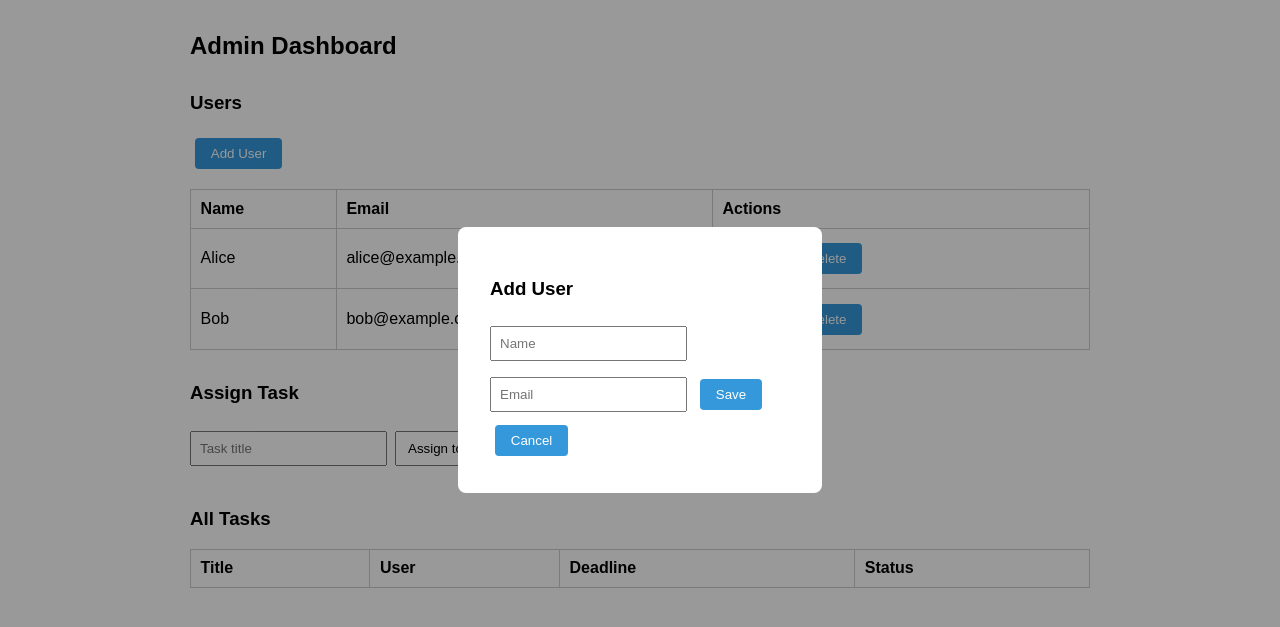
Repository: Edmund-Kiama/todoPHP
Page: /admin (app in task-manager-frontend/), after clicking the first element matching `section.section > button`
The author's editor kept a copy of each file at every save. The page is drawn from the files as they stood at one save, then again after the next save.
The browser window is 1280 px wide. The pictures show the whole page.
The project was rebuilt for these pictures with package versions that can differ from the ones it lists, and the page was loaded fresh each time. Also part of the build but not shown: task-manager-frontend/vite.config.js, task-manager-frontend/src/components/Login/login.css, task-manager-frontend/src/components/Login/Login.vue.

Above is the page before, as saved 2025-07-12 20:41:15.

### task-manager-frontend/src/router/index.js
import { createRouter, createWebHistory } from 'vue-router';
import Login from '../components/Login/Login.vue';
import AdminDashboard from '../components/Admin/AdminDashboard.vue';
// import AdminDashboard from '../views/AdminDashboard.vue';
// import UserDashboard from '../views/UserDashboard.vue';

const routes = [
  { path: '/', name: 'Login', component: Login },
  { path: '/admin', name: 'AdminDashboard', component: AdminDashboard },
//   { path: '/user', name: 'UserDashboard', component: UserDashboard }
];

const router = createRouter({
  history: createWebHistory(),
  routes
});

export default router;

### task-manager-frontend/src/components/Admin/AdminDashboard.vue
<template>
    <div class="admin-dashboard">
      <h2>Admin Dashboard</h2>

      <!-- Users Section -->
      <section class="section">
        <h3>Users</h3>
        <button @click="openUserForm()">Add User</button>

        <table>
          <tr>
            <th>Name</th><th>Email</th><th>Actions</th>
          </tr>
          <tr v-for="(user, index) in users" :key="index">
            <td>{{ user.name }}</td>
            <td>{{ user.email }}</td>
            <td>
              <button @click="openUserForm(user, index)">Edit</button>
              <button @click="deleteUser(index)">Delete</button>
            </td>
          </tr>
        </table>
      </section>

      <!-- Task Assignment -->
      <section class="section">
        <h3>Assign Task</h3>
        <form @submit.prevent="assignTask">
          <input v-model="taskForm.title" placeholder="Task title" required />
          <select v-model="taskForm.user" required>
            <option disabled value="">Assign to...</option>
            <option v-for="user in users" :key="user.email" :value="user.email">{{ user.name }}</option>
          </select>
          <input type="date" v-model="taskForm.deadline" required />
          <button type="submit">Assign</button>
        </form>
      </section>

      <!-- Task List -->
      <section class="section">
        <h3>All Tasks</h3>
        <table>
          <tr>
            <th>Title</th><th>User</th><th>Deadline</th><th>Status</th>
          </tr>
          <tr v-for="(task, index) in tasks" :key="index">
            <td>{{ task.title }}</td>
            <td>{{ task.user }}</td>
            <td>{{ task.deadline }}</td>
            <td>{{ task.status }}</td>
          </tr>
        </table>
      </section>

      <!-- Add/Edit User -->
      <div v-if="showUserModal" class="modal">
        <div class="modal-content">
          <h3>{{ editingIndex !== null ? 'Edit' : 'Add' }} User</h3>
          <form @submit.prevent="saveUser">
            <input v-model="userForm.name" placeholder="Name" required />
            <input v-model="userForm.email" placeholder="Email" required />
            <button type="submit">Save</button>
            <button type="button" @click="closeUserForm">Cancel</button>
          </form>
        </div>
      </div>
    </div>
  </template>

  <script setup>
    import './admin.css'

  import { ref } from 'vue';

  const users = ref([
    { name: 'Alice', email: 'alice@example.com' },
    { name: 'Bob', email: 'bob@example.com' }
  ]);

  const tasks = ref([]);

  const taskForm = ref({
    title: '',
    user: '',
    deadline: '',
    status: 'Pending'
  });

  const userForm = ref({
    name: '',
    email: ''
  });
  const editingIndex = ref(null);
  const showUserModal = ref(false);

  function assignTask() {
    tasks.value.push({ ...taskForm.value });
    taskForm.value.title = '';
    taskForm.value.user = '';
    taskForm.value.deadline = '';
  }

  function deleteUser(index) {
    users.value.splice(index, 1);
  }

  function openUserForm(user = null, index = null) {
    if (user) {
      userForm.value = { ...user };
      editingIndex.value = index;
    } else {
      userForm.value = { name: '', email: '' };
      editingIndex.value = null;
    }
    showUserModal.value = true;
  }

  function saveUser() {
    if (editingIndex.value !== null) {
      users.value[editingIndex.value] = { ...userForm.value };
    } else {
      users.value.push({ ...userForm.value });
    }
    closeUserForm();
  }

  function closeUserForm() {
    userForm.value = { name: '', email: '' };
    editingIndex.value = null;
    showUserModal.value = false;
  }
  </script>

### task-manager-frontend/src/components/Admin/admin.css
.admin-dashboard {
  max-width: 900px;
  margin: 2rem auto;
  font-family: Arial, sans-serif;
}

.admin-dashboard .section {
  margin-top: 2rem;
}

.admin-dashboard button {
  margin: 0.3rem;
  padding: 0.5rem 1rem;
  background: #3498db;
  color: white;
  border: none;
  border-radius: 4px;
  cursor: pointer;
}

.admin-dashboard table {
  width: 100%;
  border-collapse: collapse;
  margin-top: 1rem;
}

.admin-dashboard th,.admin-dashboard td {
  border: 1px solid #ccc;
  padding: 0.6rem;
  text-align: left;
}

.admin-dashboard input,.admin-dashboard select {
  padding: 0.5rem;
  margin: 0.5rem 0.5rem 0.5rem 0;
}

.modal {
  position: fixed;
  top: 0; left: 0;
  width: 100vw; height: 100vh;
  background: rgba(0,0,0,0.4);
  display: flex;
  justify-content: center;
  align-items: center;
}

.modal-content {
  background: white;
  padding: 2rem;
  border-radius: 8px;
  width: 300px;
}

Loaded but not shown: task-manager-frontend/index.html (common file); task-manager-frontend/src/main.js (common file); task-manager-frontend/src/App.vue (common file)

After the next save:
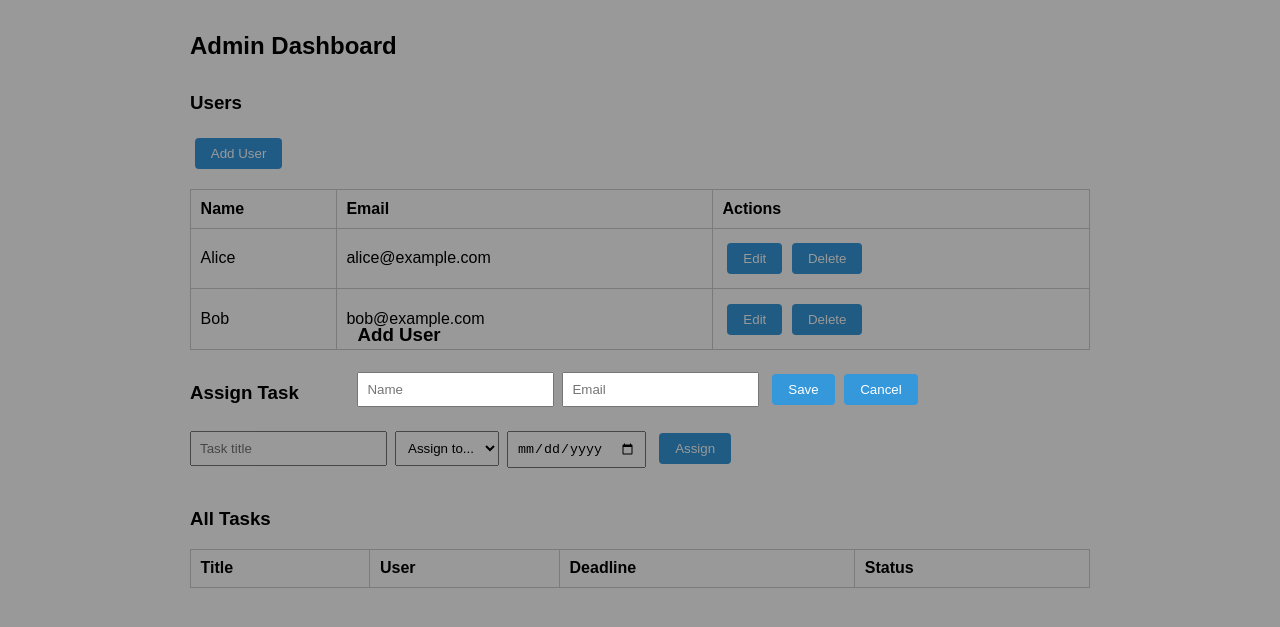
Saved 9 s later.
--- a/task-manager-frontend/src/components/Admin/admin.css
+++ b/task-manager-frontend/src/components/Admin/admin.css
@@ -30,12 +30,12 @@
   text-align: left;
 }
 
-.admin-dashboard input,.admin-dashboard select {
+.admin-dashboard input, .admin-dashboard select {
   padding: 0.5rem;
   margin: 0.5rem 0.5rem 0.5rem 0;
 }
 
-.modal {
+.admin-dashboard .modal {
   position: fixed;
   top: 0; left: 0;
   width: 100vw; height: 100vh;
@@ -45,7 +45,7 @@
   align-items: center;
 }
 
-.modal-content {
+.admin-dashboard.modal-content {
   background: white;
   padding: 2rem;
   border-radius: 8px;

After the save that followed:
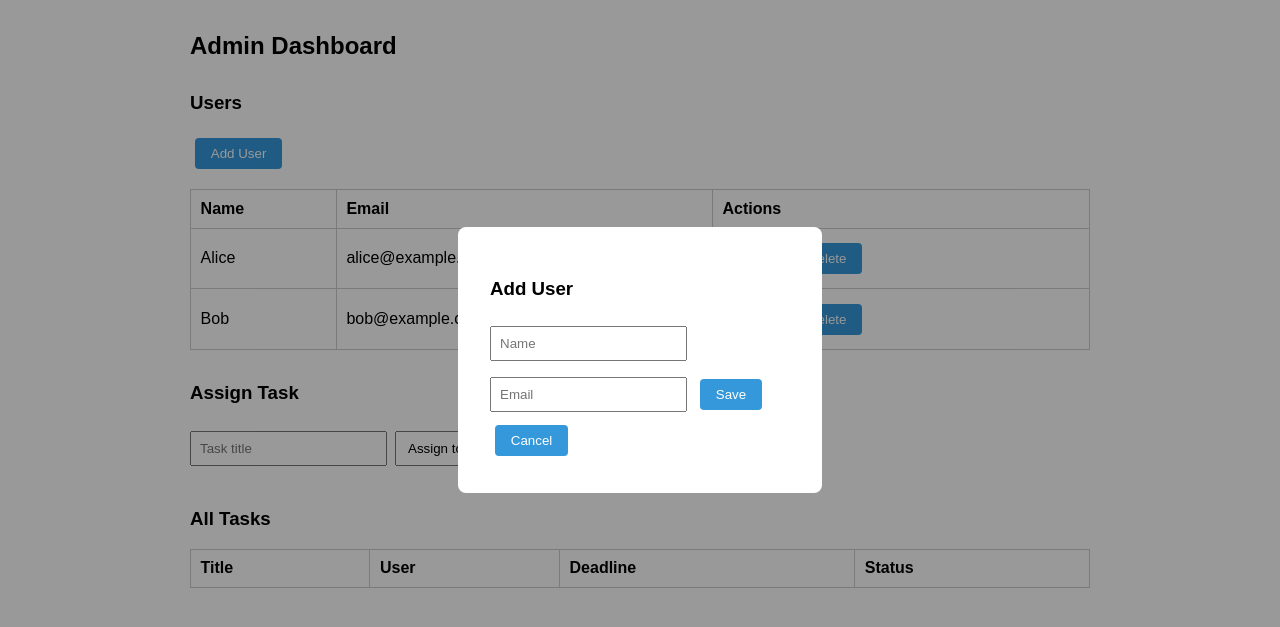
Saved 6 s later.
--- a/task-manager-frontend/src/components/Admin/admin.css
+++ b/task-manager-frontend/src/components/Admin/admin.css
@@ -45,7 +45,7 @@
   align-items: center;
 }
 
-.admin-dashboard.modal-content {
+.admin-dashboard .modal-content {
   background: white;
   padding: 2rem;
   border-radius: 8px;
